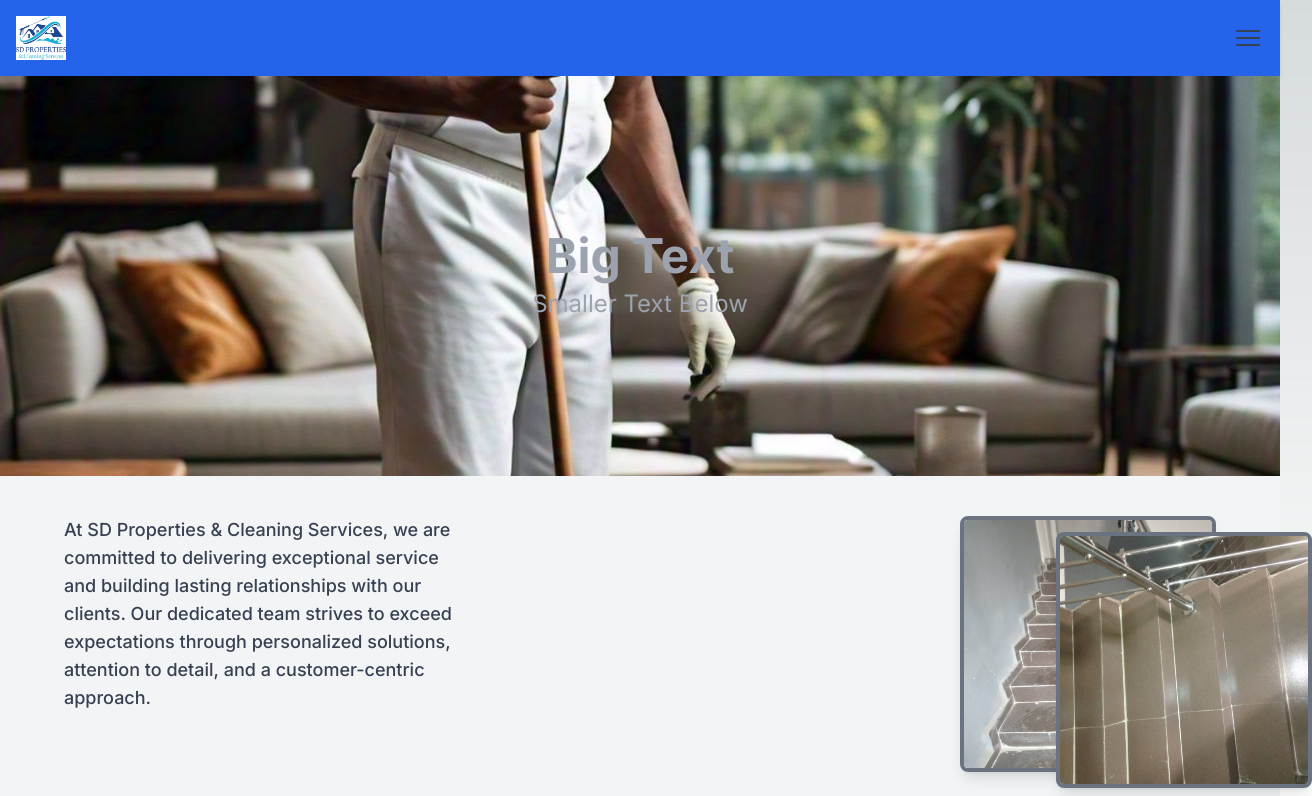
Repository: devmskhan/sdpropandclean
Page: /
These files come from the project's save history. The page is drawn as it stood at one moment and after a run of saves; the edit follows.
The browser window is 1280 px wide. The page is 1312 px wide, so the pictures cover 1312 px, including what lies to the right of the window. The pictures show the whole page.
The project was rebuilt for these pictures with package versions that can differ from the ones it lists, and the page was loaded fresh each time. The framework's server and built-in components were replaced by stand-ins that run in the browser. Also part of the build but not shown: next.config.mjs.

Above is the page before, as saved 2024-09-03 12:27:15.

### app/layout.tsx
import type { Metadata } from "next";
import { Inter } from "next/font/google";
import "./globals.css";

const inter = Inter({ subsets: ["latin"] });

export const metadata: Metadata = {
  title: "SD Properties & Cleaning",
  description: "Provision of Houses and Cleanliness of Homes is our apex goal",
};

export default function RootLayout({
  children,
}: Readonly<{
  children: React.ReactNode;
}>) {
  return (
    <html lang="en">
      <body className={inter.className}>{children}</body>
    </html>
  );
}

### app/page.tsx
import Header from '../components/Header';
import Body from '../components/Body';

export default function Home() {
  return (
    <main className="min-h-screen bg-gray-200">
      <Header />
      <Body />
    </main>
  );
}

### components/Header.tsx
import Image from "next/image";
import { Bars3Icon } from '@heroicons/react/24/solid'


function Header() {
    return (
        <header className="sticky top-0 flex justify-between items-center p-4 bg-blue-600 shadow-md">
      {/* Logo on the top left */}
      <div className="flex items-center">
        <Image
          src="/sdlogo.jpg"
          alt="Logo"
          width={50}
          height={50}
          className="cursor-pointer"
        />
      </div>

      {/* Triple line (hamburger) icon on the top right */}
      <div className="cursor-pointer">
        <Bars3Icon className="h-8 w-8 text-gray-700" />
      </div>
    </header>
    )
}

export default Header;

### components/Body.tsx



function Body() {
    return (
        <div>
            <div className="relative w-full h-[400px] bg-cover bg-center text-gray-400"
         style={{ backgroundImage: 'url("/pic1.jpg")' }}>
      <div className="absolute inset-0 flex flex-col justify-center items-center text-center">
        {/* Larger Text */}
        <h1 className="text-5xl font-bold mb-2">
          Big Text
        </h1>
        {/* Smaller Text */}
        <p className="text-2xl">
          Smaller Text Below
        </p>
      </div>
    </div>

    <div>

    </div>

      <div className="flex justify-between p-6 bg-gray-100">
  <div className="max-w-md text-left mr-12"> {/* Increased margin-right for larger space */}
    <p className="text-lg font-medium text-gray-700 mt-4 ml-10">
      At SD Properties & Cleaning Services, we are committed to delivering exceptional service and building lasting relationships with our clients. Our dedicated team strives to exceed expectations through personalized solutions, attention to detail, and a customer-centric approach.
    </p>
  </div>
  <div className="relative mt-4 mr-10">
  <img src="stairsb.jpg" alt="Top Image" className="w-64 h-64 rounded-lg shadow-lg border-gray-500 border-solid border-4" />
  <img src="stairsaft.jpg" alt="Bottom Image" className="mt-32 ml-20 absolute bottom-0 left-0 w-64 h-64 rounded-lg shadow-lg transform translate-x-4 translate-y-4 border-gray-500 border-solid border-4" />
  </div>
</div>


        </div>


    )
}

export default Body;

Loaded but not shown: app/globals.css (common file); tailwind.config.ts (common file)

After the next 3 saves:
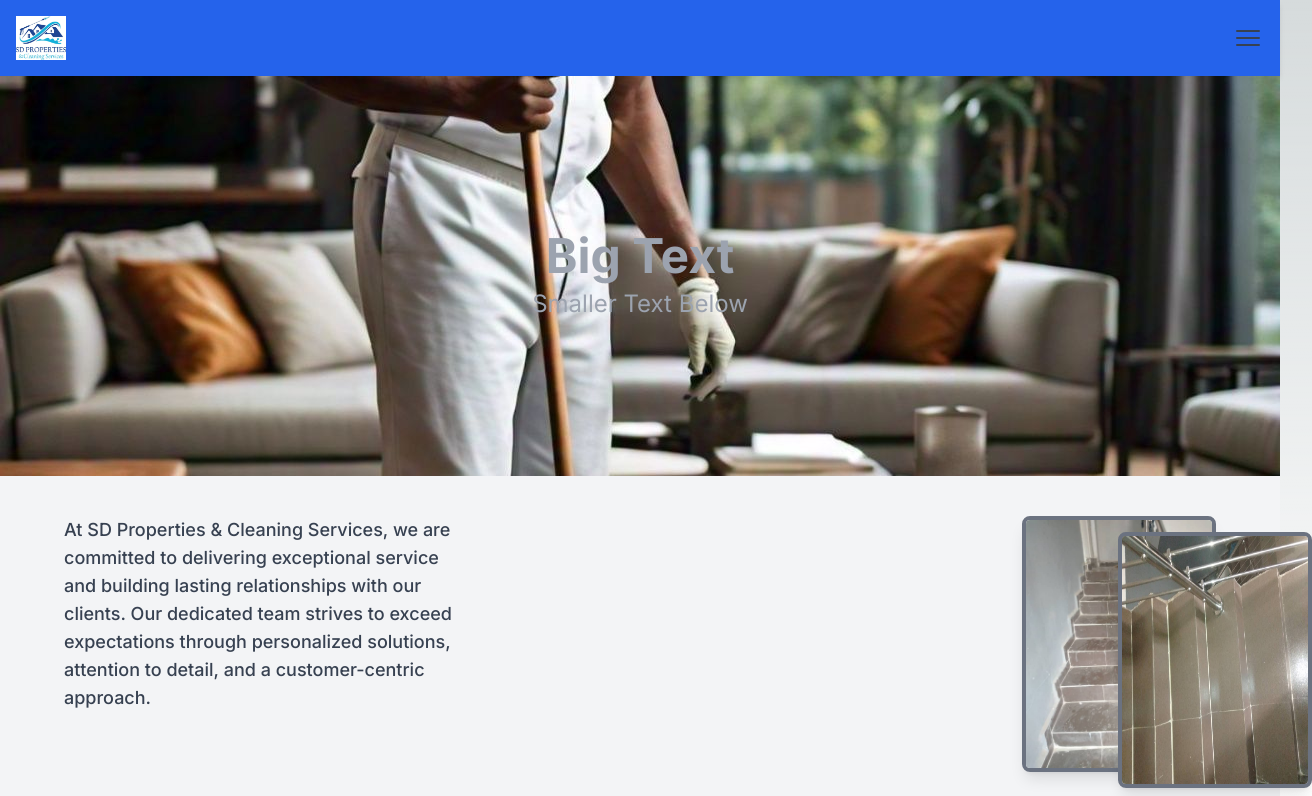
The 3 saves are shown as one change because they came seconds apart.
The last was saved 44 s later.
--- a/components/Body.tsx
+++ b/components/Body.tsx
@@ -29,7 +29,7 @@ function Body() {
     </p>
   </div>
   <div className="relative mt-4 mr-10">
-  <img src="stairsb.jpg" alt="Top Image" className="w-64 h-64 rounded-lg shadow-lg border-gray-500 border-solid border-4" />
+  <img src="stairsb.jpg" alt="Top Image" className="mr-w-64 h-64 rounded-lg shadow-lg border-gray-500 border-solid border-4" />
   <img src="stairsaft.jpg" alt="Bottom Image" className="mt-32 ml-20 absolute bottom-0 left-0 w-64 h-64 rounded-lg shadow-lg transform translate-x-4 translate-y-4 border-gray-500 border-solid border-4" />
   </div>
 </div>
